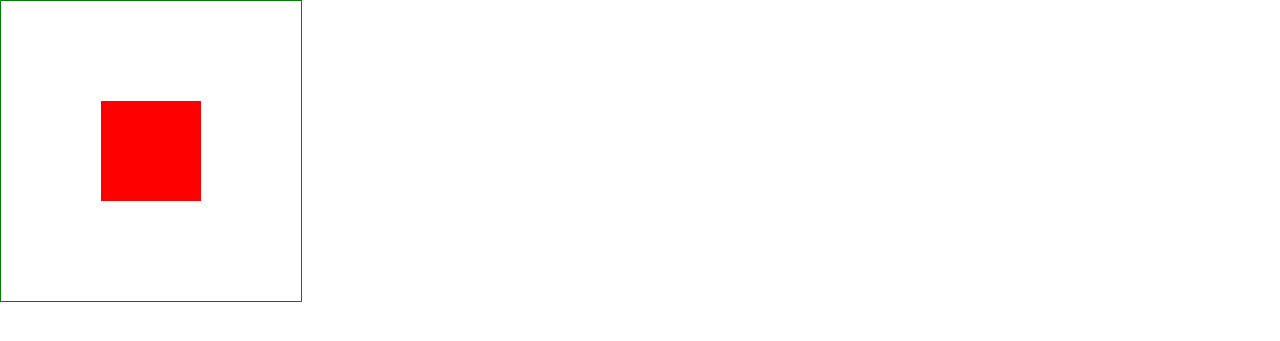
Repository: 319226862/wyy
Page: JavaScript/center.html
The author's editor kept a copy of each file at every save. The page is drawn from the files as they stood at one save, then again after the next save.
The browser window is 1280 px wide. The pictures show the whole page.

Above is the page before, as saved 2023-07-26 09:45:25.

### JavaScript/center.html
<!DOCTYPE html>
<html lang="en">
<head>
    <meta charset="UTF-8">
    <meta name="viewport" content="width=device-width, initial-scale=1.0">
    <title>Document</title>
    <style>
        html, body{
            margin: 0;
            padding: 0;
        }
        #main{
            width: 300px;
            height: 300px;
            border: 1px solid green;
            display: grid;
            justify-items: center;
            align-items: center;
        }
        #box{
            width: 100px;
            height: 100px;
            background-color: red;
        }
    </style>
</head>
<body>
    <div id="main">
        <div id="box"></div>
    </div>
</body>
</html>

After the next save:
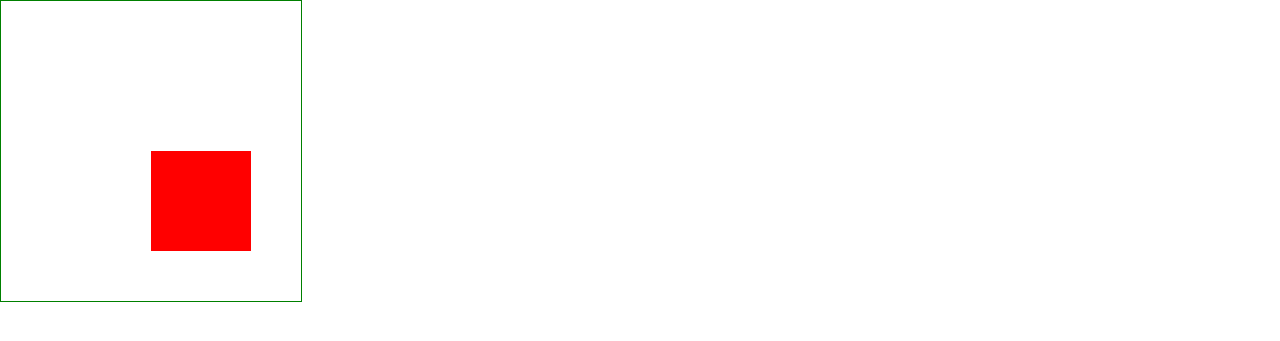
Saved 73 s later.
--- a/JavaScript/center.html
+++ b/JavaScript/center.html
@@ -13,11 +13,12 @@
             width: 300px;
             height: 300px;
             border: 1px solid green;
-            display: grid;
-            justify-items: center;
-            align-items: center;
+            position: relative;
         }
         #box{
+            position: absolute;
+            left: 50%;
+            top: 50%;
             width: 100px;
             height: 100px;
             background-color: red;
